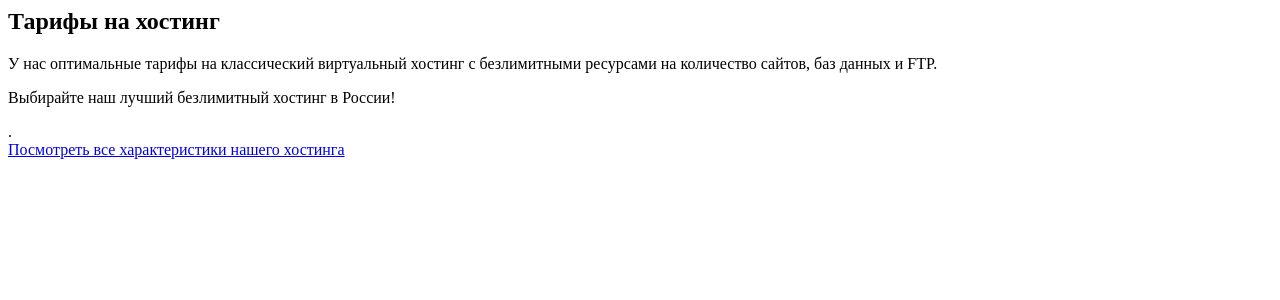
Repository: Inzhir2022/hosting
Page: src/_includes/_tariffs.html
These files come from the project's save history. The page is drawn as it stood at one moment and after the next save; the edit follows.
The browser window is 1280 px wide. The pictures show the whole page.

Above is the page before, as saved 2022-07-16 16:24:26.

After the next save:
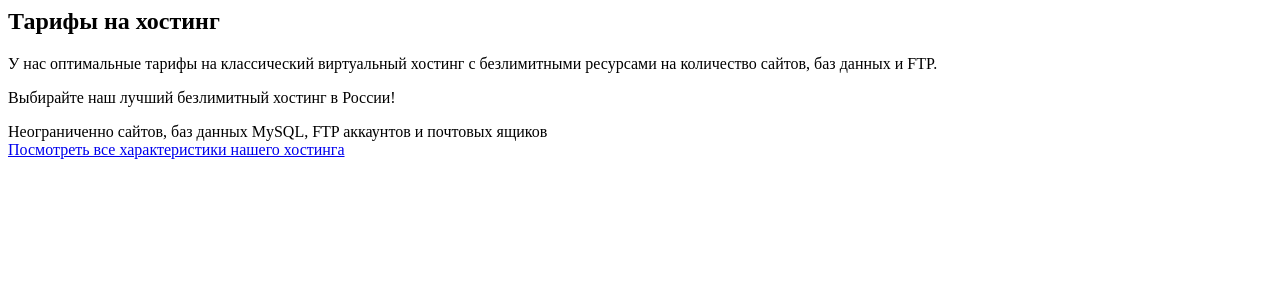
Saved 113 s later.
--- a/src/_includes/_tariffs.html
+++ b/src/_includes/_tariffs.html
@@ -5,8 +5,8 @@
       <p>У нас оптимальные тарифы на классический виртуальный хостинг с безлимитными ресурсами на количество сайтов, баз данных и FTP.</p>
       <p>Выбирайте наш лучший <span class="tariffs__text_bold"> безлимитный</span> хостинг в России!</p>
     </div>
-    <div class="tariffs__cards">
-      .
+    <div class="tariffs__cards cards-block">
+      <div class="cards-block__descr">Неограниченно сайтов, баз данных MySQL, FTP аккаунтов и почтовых ящиков</div>
     </div>
     <div class="tariffs__link-more">
       <a href="#">Посмотреть все характеристики нашего хостинга</a>
